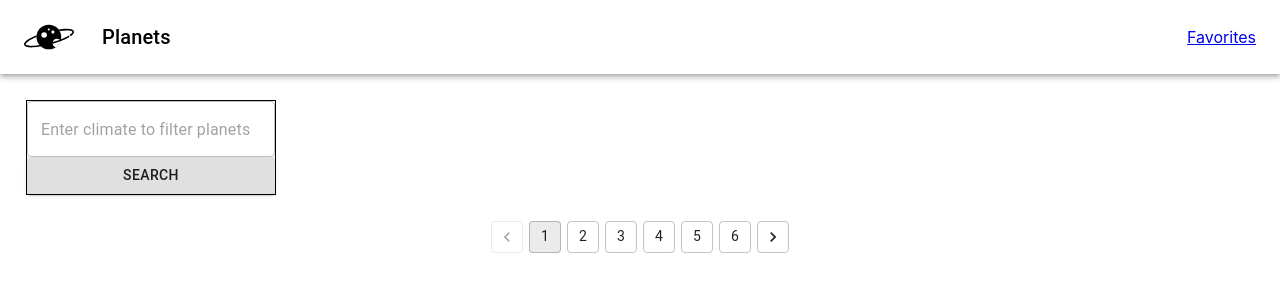
Repository: samridhie01/assignment
Page: /
The author's editor kept a copy of each file at every save. The page is drawn from the files as they stood at one save, then again after a run of saves.
The browser window is 1280 px wide. The pictures show the whole page.
The page's requests for data from a server got no answer. The project was rebuilt for these pictures with package versions that can differ from the ones it lists, and the page was loaded fresh each time. A package was used in the major version that the imports need, not the one package.json lists. No one was signed in, and anything a server would have sent is missing. Also part of the build but not shown: src/components/planets/PlanetTile.tsx, src/components/planets/Planets.tsx, src/components/details/SpecificPlanetRetrievalService.ts, src/components/details/Details.tsx, src/components/favorites/Favorites.tsx.

Above is the page before, as saved 2020-08-21 18:27:55.

### src/index.tsx
import React from 'react';
import ReactDOM from 'react-dom';
import './index.css';
import App from './components/app/App';
import * as serviceWorker from './serviceWorker';
import { BrowserRouter } from 'react-router-dom';
import { Provider } from 'react-redux';
import rootReducer from './reducers';
import { createStore } from 'redux';
import store from "../src/store/index"
import { addPlanetData } from './actions';



ReactDOM.render(
  <React.StrictMode>

    <BrowserRouter>
    <Provider store={store}>
    <App />
    </Provider>
    </BrowserRouter>

  </React.StrictMode>,
  document.getElementById('root')
);

// If you want your app to work offline and load faster, you can change
// unregister() to register() below. Note this comes with some pitfalls.
// Learn more about service workers: https://bit.ly/CRA-PWA
serviceWorker.unregister();

### src/components/app/App.tsx
import React, { useEffect, useState } from "react";
import { Route, Switch } from "react-router-dom";
import HomePage from "../homePage/HomePage";
import Details from "../details/Details";
import Favorites from "../favorites/Favorites";
import { PlanetData } from "../module/types";

const App = () => {
  const [favs, setFavs] = useState<PlanetData[]>([]);

  const addToFavs = (data: any) => {
    if(favs.includes(data)){
      return;
    }
      let newArr = [...favs, data];
      setFavs(newArr);
  };

  return (
    <main>
      <Switch>
        <Route
          exact
          path="/"
          render={() => <HomePage handleAddToFavs={addToFavs} />}
        />
        <Route path="/details" component={Details} />
        <Route path="/favs" render={() => <Favorites listOfFavs={favs} />} />
      </Switch>
    </main>
  );
};
export default App;

### src/store/index.ts
import {createStore} from 'redux';
import rootReducer from '../reducers/index';

const store = createStore(rootReducer);

export default store;

### src/components/homePage/HomePage.tsx
import React, { useEffect, useState, ChangeEvent } from "react";
import { useStyles } from "./HomePageStyle";
import Header from "../header/Header";
import Planets from "../planets/Planets";
import SearchBox from "../searchBox/SearchBox";
import { getPlanetData, getPlanetDataPage } from "./PlanetRetrievalService";
import Pagination from "@material-ui/lab/Pagination";
import { PlanetData } from "../module/types";

interface PlanetOverview {
  handleAddToFavs: (element: any) => void;
}

const HomePage: React.FC<PlanetOverview> = ({ handleAddToFavs }) => {
  const [planetData, setPlanetData] = useState<PlanetData[]>([]);

  const handleNewPage = (page: number) => {
    getPlanetDataPage(page).then(res => {
      setPlanetData(res.data.results);
    });
  };

  const fetchData = () => {
    getPlanetData().then(res => {
      setPlanetData(res.data.results);
      localStorage.setItem("planetData", res.data.results);
    });
  };

  useEffect(() => {
    fetchData();
  }, []);

  const handlePageChange = (event: ChangeEvent<unknown>, value: number) => {
    handleNewPage(value);
  };

  const updatePlanetSearchResult = (key: string | null) => {

    if (key == "") {
      fetchData();
      return;
    }
    const newData = planetData.filter(data => {
      if (
        key == null ||
        data.climate.toLowerCase().includes(key.toLowerCase())
      ) {
        return data;
      }
    });
    setPlanetData(newData);
  };

  const classes = useStyles();
  if (localStorage.getItem("planetData") != null) {
  }

  return (
    <>
      <Header path="/favs" linkName={"Favorites"} />
      <div className={classes.flexContainer}>
        <SearchBox handleSearch={updatePlanetSearchResult} />
        <div className={classes.item}>
          {planetData &&
            planetData.map((element: PlanetData, index: number) => {
              return (
                <Planets
                  data={element}
                  onSaveClick={() => {
                    handleAddToFavs(element);
                  }}
                />
              );
            })}
        </div>
      </div>

      <Pagination
        count={6}
        defaultPage={1}
        variant="outlined"
        shape="rounded"
        className={classes.indexing}
        onChange={handlePageChange}
      />
    </>
  );
};
export default HomePage;

### src/reducers/index.ts
import { ADD_PLANETDATA } from '../constants/action-types';
import { PlanetActionTypes, Planet, PlanetState } from '../store/types';

const initialState: PlanetState = {
    planetData: []
};

function rootReducer(state=initialState, action:PlanetActionTypes):PlanetState{
    if(action.type == ADD_PLANETDATA){
        return{
            planetData: [...state.planetData, action.payload]
        }
    }
    return state;
}

export default rootReducer;

### src/components/homePage/HomePageStyle.ts
import { makeStyles, createStyles, Theme } from "@material-ui/core/styles";

export const useStyles = makeStyles((theme: Theme) =>
  createStyles({
    flexContainer: {
      display: "inline-flex",
      flex: "1 0 50%",
      textAlign: "center",
      padding: "10px",
      overflow: "hidden"
    },
    item: {
      alignSelf: "flex-end"
    },
    stopShrink: {
      flexShrink: 0
    },
    indexing: {
      display: "flex",
      justifyContent: "center"
    },
    title: {
      flexGrow: 1
    }
  })
);

### src/components/header/Header.tsx
import React from "react";
import AppBar from "@material-ui/core/AppBar";
import {Toolbar, makeStyles, createStyles, IconButton, Button,Theme} from "@material-ui/core";
import {ReactComponent as PlanetIcon} from "../../assets/planet.svg";
import Typography from "@material-ui/core/Typography";
import { Link } from "react-router-dom";

const useStyles = makeStyles((theme: Theme) =>
  createStyles({
    root: {
      flexGrow: 1,
    },
    menuButton: {
      marginRight: theme.spacing(2),
    },
    title: {
      flexGrow: 1,
    },
    logo: {
       width: 50,
       height: 50
      },
  }),
);

interface HeaderProps{
  path: string,
  linkName: string
}

const Header:React.FC<HeaderProps> = ({
  path,
  linkName
})=>{
    const classes=useStyles();
return(
<AppBar color="inherit"  position="static">
    <Toolbar>
        <IconButton edge="start" className={classes.menuButton} color="inherit" aria-label="menu">
        <PlanetIcon className={classes.logo}/>
        </IconButton>
        <Typography variant="h6" className={classes.title}>
            Planets
        </Typography>
         <Link to={{pathname: `${path}`}} color="inherit">{linkName}</Link>
        {/* <Link to={{pathname: `${path}`}} color="inherit">{linkName}</Link> */}
    </Toolbar>
</AppBar>
)


}

export default Header;

### src/components/searchBox/SearchBox.tsx
import React, { useState, useEffect } from "react";
import {
  Button,
  Box,
  TextField,
  Theme,
  makeStyles,
  createStyles
} from "@material-ui/core";

const useStyles = makeStyles((theme: Theme) =>
  createStyles({
    dotted: {
      display: "flex",
      flexDirection: "column",
      width: "200%"
    }
  })
);

interface Search {
  handleSearch: (key: string|null) => void;
}

const SearchBox: React.FC<Search> = ({ handleSearch }) => {
  const [searchItem, setSearchItem] = useState<string|null>("");
  const handleSearchChange = (event: any) => {
    setSearchItem(event.target.value);

  };


  // useEffect(()=>{
  //   if(searchItem=="" && localStorage.getItem("searchKey")!=null){
  //     const newSearchItem=(localStorage.getItem("searchKey") || "");
  //     setSearchItem(newSearchItem);
  //   }
  // })

  const classes = useStyles();
  return (
    <>
      <Box
        height="250%"
        border={1}
        m={2}
        display="inline-block"
        className={classes.dotted}
      >
        <TextField
          variant="outlined"
          onChange={handleSearchChange}
          placeholder="Enter climate to filter planets"
        />
        <Button
          variant="contained"
          onClick={() => {
            handleSearch(searchItem);
          }}
        >
          Search
        </Button>
      </Box>
    </>
  );
};

export default SearchBox;

### src/components/homePage/PlanetRetrievalService.ts
import axios from "axios";

const currentVersion = "2";
let data = localStorage.getItem("data");
let version = localStorage.getItem("version");

export const getPlanetData = async () => {
  const res = await axios({
    method: "GET",
    url: `https://swapi.dev/api/planets`
  });
  return res;
};

export const getPlanetDataPage = async (page: number) => {
  const res = await axios({
    method: "GET",
    url: `http://swapi.dev/api/planets/?page=${page}`
  });
  return res;
};

### src/constants/action-types.ts
export const ADD_PLANETDATA="ADD_PLANETDATA"

Loaded but not shown: public/index.html (common file); src/index.css (common file); src/serviceWorker.ts (common file)

After the next 2 saves:
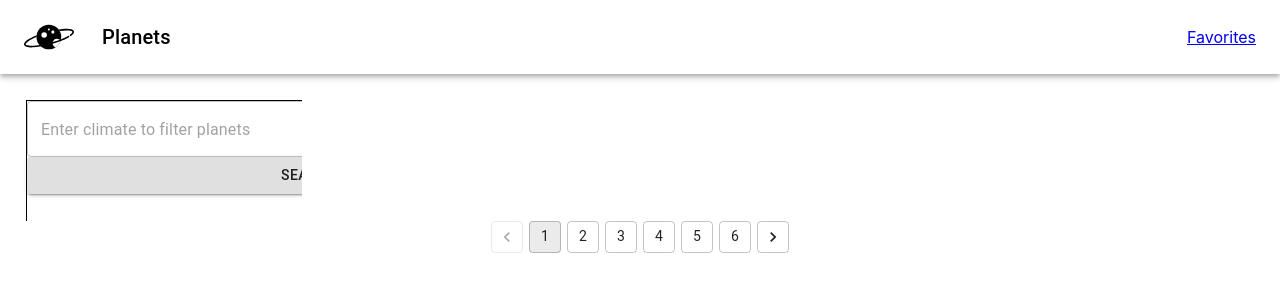
The 2 saves are shown as one change because 1 did not build or start.
The last was saved 62 s later.
--- a/src/components/homePage/HomePage.tsx
+++ b/src/components/homePage/HomePage.tsx
@@ -60,7 +60,10 @@
     <>
       <Header path="/favs" linkName={"Favorites"} />
       <div className={classes.flexContainer}>
-        <SearchBox handleSearch={updatePlanetSearchResult} />
+        <div>
+        <SearchBox class handleSearch={updatePlanetSearchResult} />
+        </div>
+
         <div className={classes.item}>
           {planetData &&
             planetData.map((element: PlanetData, index: number) => {

After the 2 saves that followed:
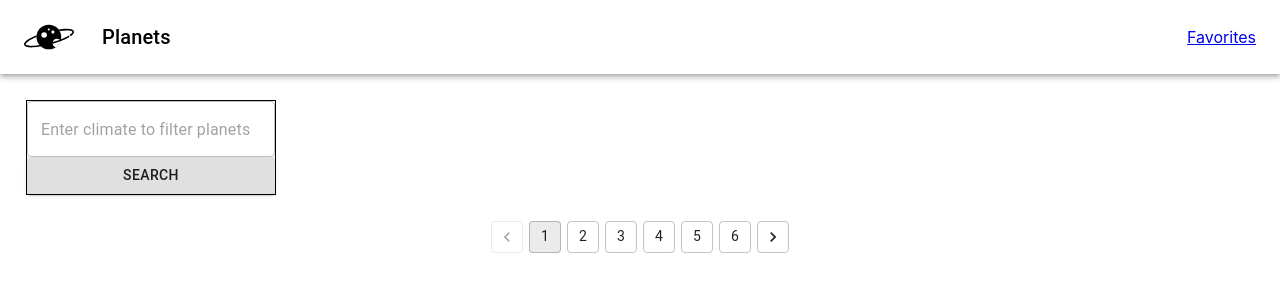
The 2 saves are shown as one change because 1 left the picture as it was.
The last was saved 21 s later.
--- a/src/components/homePage/HomePage.tsx
+++ b/src/components/homePage/HomePage.tsx
@@ -60,10 +60,7 @@
     <>
       <Header path="/favs" linkName={"Favorites"} />
       <div className={classes.flexContainer}>
-        <div>
         <SearchBox class handleSearch={updatePlanetSearchResult} />
-        </div>
-
         <div className={classes.item}>
           {planetData &&
             planetData.map((element: PlanetData, index: number) => {
